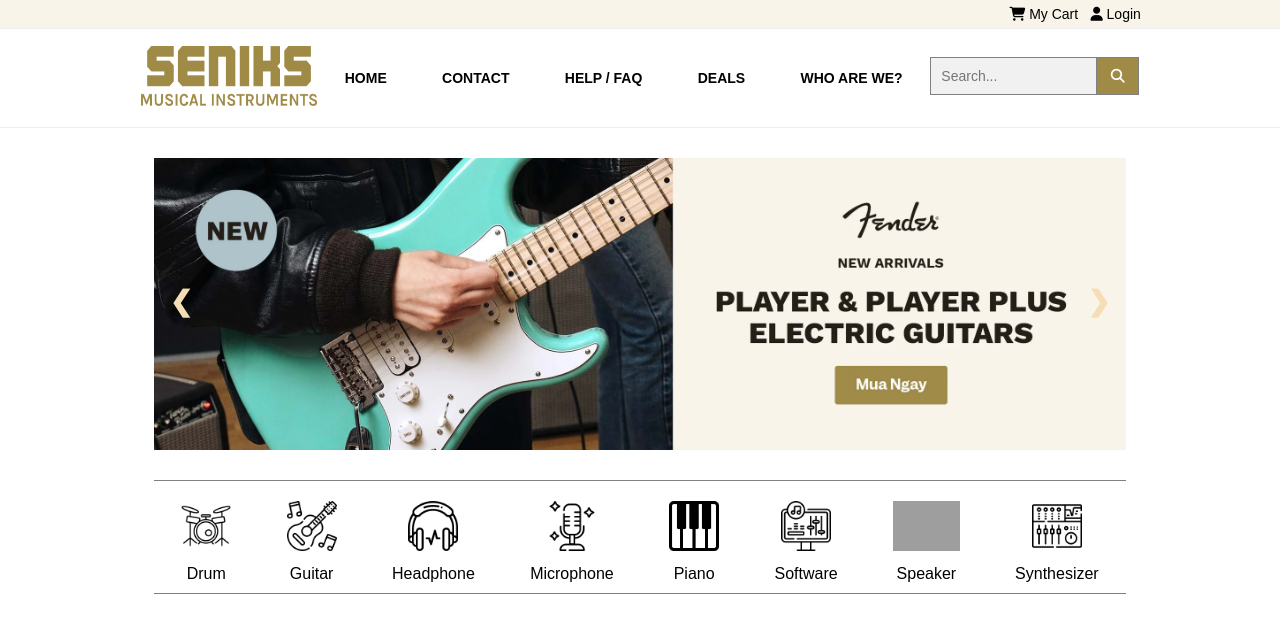
Repository: kuni-hoangnguyen/Do-an-tkweb-nam1
Page: index.html
The author's editor kept a copy of each file at every save. The page is drawn from the files as they stood at one save, then again after the next save.
The browser window is 1280 px wide. The pictures show the whole page.
Pictures or frames that could not be fetched are drawn as grey boxes.

Above is the page before, as saved 2023-09-18 16:38:10.

### index.html
<!DOCTYPE html>
<html>

  <head>
    <title>Trang chủ</title>
    <link rel="stylesheet" href="main.css">
    <link rel="stylesheet" href="https://cdnjs.cloudflare.com/ajax/libs/font-awesome/6.4.2/css/all.min.css">
    <meta charset="utf-8">
    <meta http-equiv="X-UA-Compatible" content="IE=edge,chrome=1">
    <meta name="viewport" content="width=device-width, initial-scale=1">
  </head>

  <body>
    <header>

      <div class="row-menu1">

        <ul class="menu">
          <li class="menu-item"><a class="menu-link" href="#"><i class="fa-solid fa-cart-shopping"></i> My Cart</a></li>
          <li class="menu-item"><a class="menu-link" href="#"><i class="fa-solid fa-user"></i> Login</a></li>
        </ul>

      </div>

      <div class="row-menu2">

        <a href="index.html"><img class="logo" src="media/LOGO.png" alt="logo" ></a>

        <ul class="menu">
          <li class="menu-item"><a class="menu-link" href="index.html">HOME</a></li>
          <li class="menu-item"><a class="menu-link" href="#">CONTACT</a></li>
          <li class="menu-item"><a class="menu-link" href="#">HELP / FAQ</a></li>
          <li class="menu-item"><a class="menu-link" href="#">DEALS</a></li>
          <li class="menu-item"><a class="menu-link" href="#">WHO ARE WE?</a></li>
        </ul>

        <form class="search-button">

          <input type="text" placeholder="Search...">
          <button><i class="fa fa-search"></i></button>

        </form>

      </div>
    </header>
    <main>
      <div class="slideshow-container">
        <div class="mySlides fade">
          <img src="media/slide1.webp" style="width:100%">
        </div>

        <div class="mySlides fade">
          <img src="media/slide2.webp" style="width:100%">
        </div>

        <div class="mySlides fade">
          <img src="media/slide3.webp" style="width:100%">
        </div>

        <a class="prev" onclick="plusSlides(-1)">❮</a>
        <a class="next" onclick="plusSlides(1)">❯</a>

      </div>

      <div class="img-list">
        <ul class="menu">
          <li class="list-item">
            <a class="menu-link" href="#">
              <img src="media/drums.png" alt=""><br>Drum
            </a>
          </li>
          <li class="list-item">
            <a class="menu-link" href="#">
              <img src="media/guitar.png" alt=""><br>Guitar
            </a>
          </li>
          <li class="list-item">
            <a class="menu-link" href="#">
              <img src="media/headphone.png" alt=""><br>Headphone
            </a>
          </li>
          <li class="list-item">
            <a class="menu-link" href="#">
              <img src="media/microphone.png" alt=""><br>Microphone
            </a>
          </li>
          <li class="list-item">
            <a class="menu-link" href="#">
              <img src="media/piano.png" alt=""><br>Piano
            </a>
          </li>
          <li class="list-item">
            <a class="menu-link" href="#">
              <img src="media/software.png" alt=""><br>Software
            </a>
          </li>
          <li class="list-item">
            <a class="menu-link" href="#">
              <img src="media/speaker.png" alt=""><br>Speaker
            </a>
          </li>
          <li class="list-item">
            <a class="menu-link" href="#">
              <img src="media/synthesizer.png" alt=""><br>Synthesizer
            </a>
          </li>
        </ul>
      </div>
    </main>
    <footer>

    </footer>
    <script src="main.js"></script>
  </body>
</html>

### main.css
*{
  margin: 0;
  padding: 0;
  box-sizing: border-box;
  font-family: "Arial", Helvetica Neue, Helvetica, sans-serif;
}
header{
  width: 100%;
  background-color: #fff;
  border-style: none none inset  none;
  border-width: 1px;
  margin: auto;
}
.menu{
  list-style-type: none;
  display: flex;
  justify-content: space-around ;
  width: 100%;
}
.row-menu1{
  width: 100%;
  background-color: #f8f4e9;
  border-style: none none inset  none;
  border-width: 1px;
}
.row-menu1 .menu{
  flex-direction: row;
  width: 45%;
  margin-right: 0;
  margin-left: auto;
  padding: 14px 0;
}
.menu-link{
  color: black;
  text-decoration: none;
  font-size: 14px;
}
.row-menu2 .menu-link{
  font-weight: 600;
  font-size: 12px;
}
.menu-link:hover{
  color: #8c7422;
}
.logo{
  width: 35vw;
  padding: 0.5vh 1vw;
  position: absolute;
  top: 0;
}
.search-button input[type="text"]{
  padding: 10px;
  font-size: 14px;
  border: 1px solid grey;
  float: left;
  width: 80%;
  background: #f1f1f1;
}
.search-button button{
  float: left;
  width: 20%;
  padding: 10px;
  background: #9f8a46;
  color: white;
  font-size: 14px;
  border: 1px solid grey;
  border-left: none;
  cursor: pointer;
}
.search-button button:hover{
  background: #8c7422;
}
.search-button::after{
  content: "";
  clear: both;
  display: table;
}
.row-menu2 {
  display: flex;
  flex-direction: column;
  margin: auto;
  padding:10px 0;
}
.row-menu2 .menu{
  flex-direction: row;
  margin: auto;
  width: 100%;
  padding-bottom: 10px;
}


.mySlides {
  display: none;
}
.slideshow-container img {
  vertical-align: middle;
}

.slideshow-container {
  position: relative;
  margin: auto;
  padding:10px 0;
}

.prev, .next {
  cursor: pointer;
  position: absolute;
  top: 50%;
  width: auto;
  padding: 16px;
  margin-top: -30px;
  color: wheat;
  font-weight: bold;
  font-size: 20px;
  transition: 0.6s ease;
  border-radius: 0 3px 3px 0;
  user-select: none;
}

.next {
  right: 0;
  border-radius: 3px 0 0 3px;
}

.prev:hover, .next:hover {
  background-color: rgba(0,0,0,0.8);
}

.fade {
  animation-name: fade;
  animation-duration: 2s;
}

@keyframes fade {
  from {opacity: .4}
  to {opacity: 1}
}

.img-list{
  margin: auto;
  border-style: outset none inset  none;
  border-width: 1px;
  border-color: gray;
  text-align: center;
}
.img-list img{
  max-width: 50px;
  max-height: 50px;
  padding: 10px 0;
}
.img-list .menu-link{
  font-size: 14px;
  font-weight: 500;
}
.list-item{
  padding: 10px;
}

@media(min-width:576px) {
  .row-menu1 .menu{
    width: 12%;
    margin-right: 10%;
    padding: 5px;
  }
  .row-menu2{
    flex-direction: row;
    margin: 0 11%;
    padding:5px 0;
  }
  .row-menu2 .menu{
    width: 70%;
    padding: 0;
  }
  .logo{
    width: 100%;
    height: 60px;
    position: static;
    top:initial;
    margin: 12px 0;
    padding: 0;
  }
  .search-button{
    padding: 23px 0;
  }
  .row-menu2 .menu-link{
    font-size: 14px;
  }
  .slideshow-container{
    margin: 0 12%;
    padding: 30px 0;
  }
  .prev, .next{
    font-size: 28px;
    margin-top: -35px;
  }
  .img-list{
    margin: 0 12%;
  }
  .img-list img{
    max-width: 70px;
    max-height: 70px;
  }
  .img-list .menu-link{
    font-size: 16px;
    font-weight: 500;
  }
}

### main.js
let slideIndex = 1;
        showSlides(slideIndex);

        function plusSlides(n) {
          showSlides(slideIndex += n);
        }

        function currentSlide(n) {
          showSlides(slideIndex = n);
        }

        function showSlides(n) {
          let i;
          let slides = document.getElementsByClassName("mySlides");
          if (n > slides.length) {slideIndex = 1}
          if (n < 1) {slideIndex = slides.length}
          for (i = 0; i < slides.length; i++) {
            slides[i].style.display = "none";
          }

          slides[slideIndex-1].style.display = "block";
        }

After the next save:
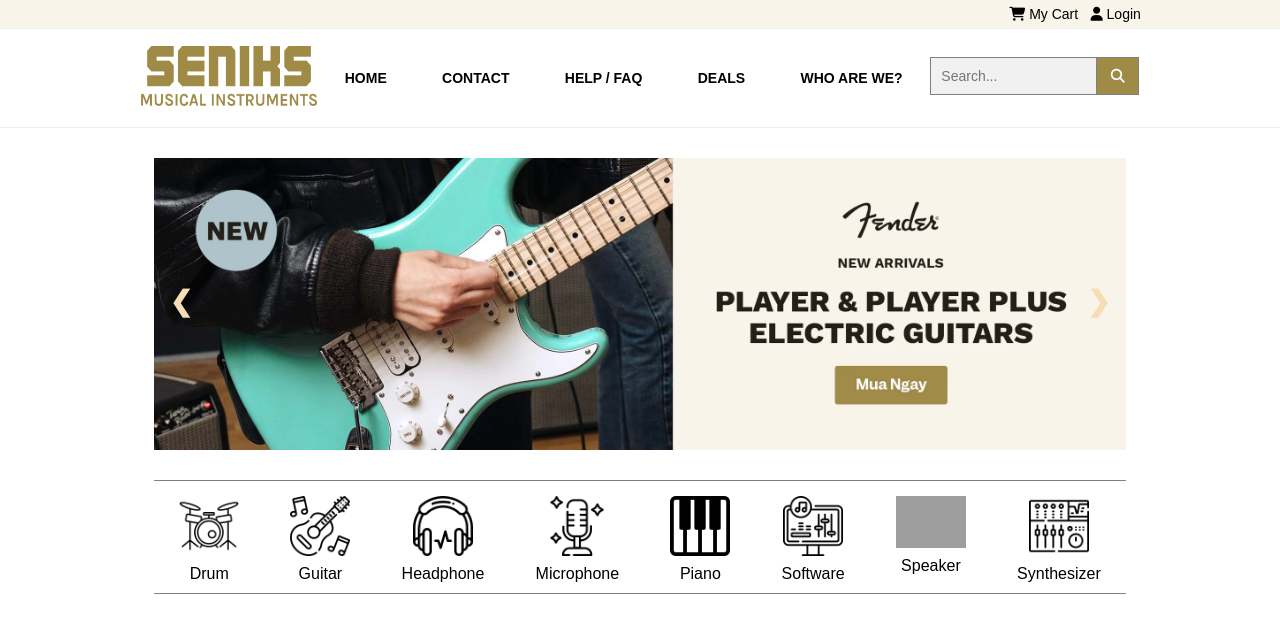
Saved 3 min 11 s later.
--- a/main.css
+++ b/main.css
@@ -146,7 +146,7 @@
 .img-list img{
   max-width: 50px;
   max-height: 50px;
-  padding: 10px 0;
+  padding: 5px 0;
 }
 .img-list .menu-link{
   font-size: 14px;
@@ -203,5 +203,6 @@
   .img-list .menu-link{
     font-size: 16px;
     font-weight: 500;
-  }
-}
+    padding: 10px 0;
+  }
+}

After the save that followed:
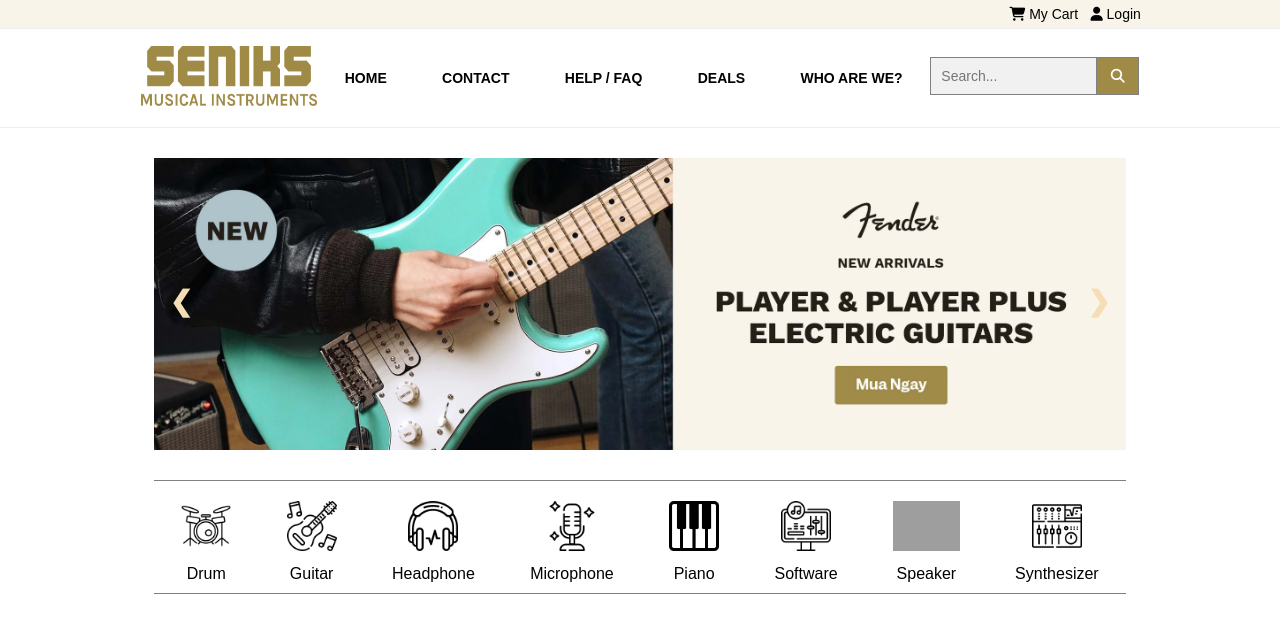
Saved 26 s later.
--- a/main.css
+++ b/main.css
@@ -146,7 +146,7 @@
 .img-list img{
   max-width: 50px;
   max-height: 50px;
-  padding: 5px 0;
+  padding: 10px 0;
 }
 .img-list .menu-link{
   font-size: 14px;
